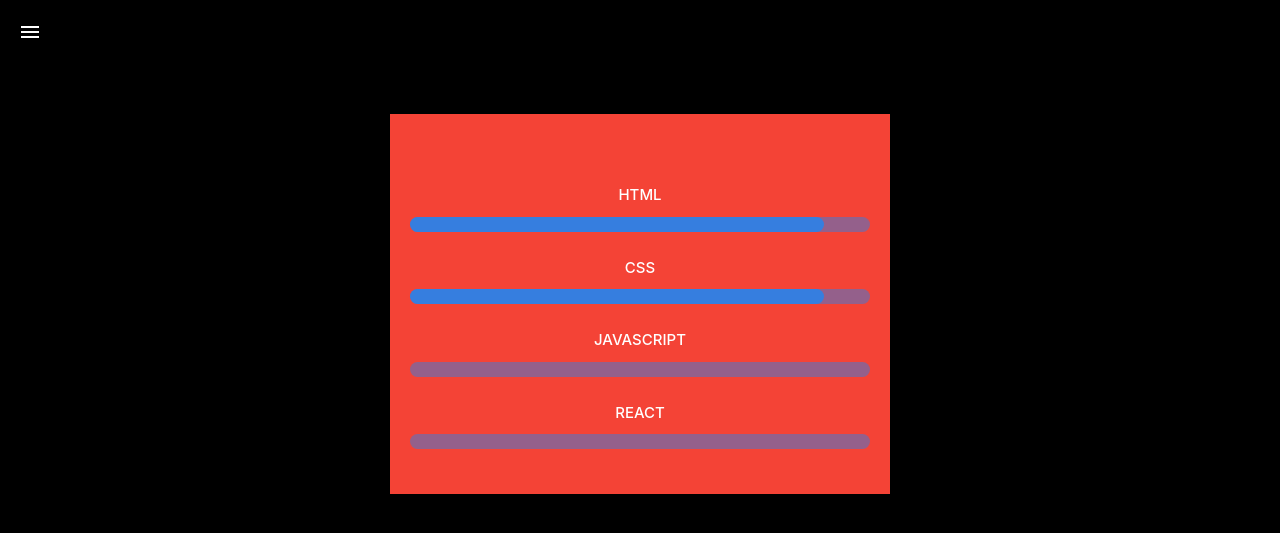
Repository: Ajtheult/portfolio.v3
Page: /skills
These files come from the project's save history. The page is drawn as it stood at one moment and after the next save; the edit follows.
The browser window is 1280 px wide. The pictures show the whole page.
Some web fonts or font styles are not loaded; a fallback is used. The project was rebuilt for these pictures with package versions that can differ from the ones it lists, and the page was loaded fresh each time. Also part of the build but not shown: src/components/layout/pages/Home.js, src/components/layout/pages/MyWork.js, src/components/layout/pages/Testimonials.js.

Above is the page before, as saved 2020-07-19 17:29:57.

After the next save:
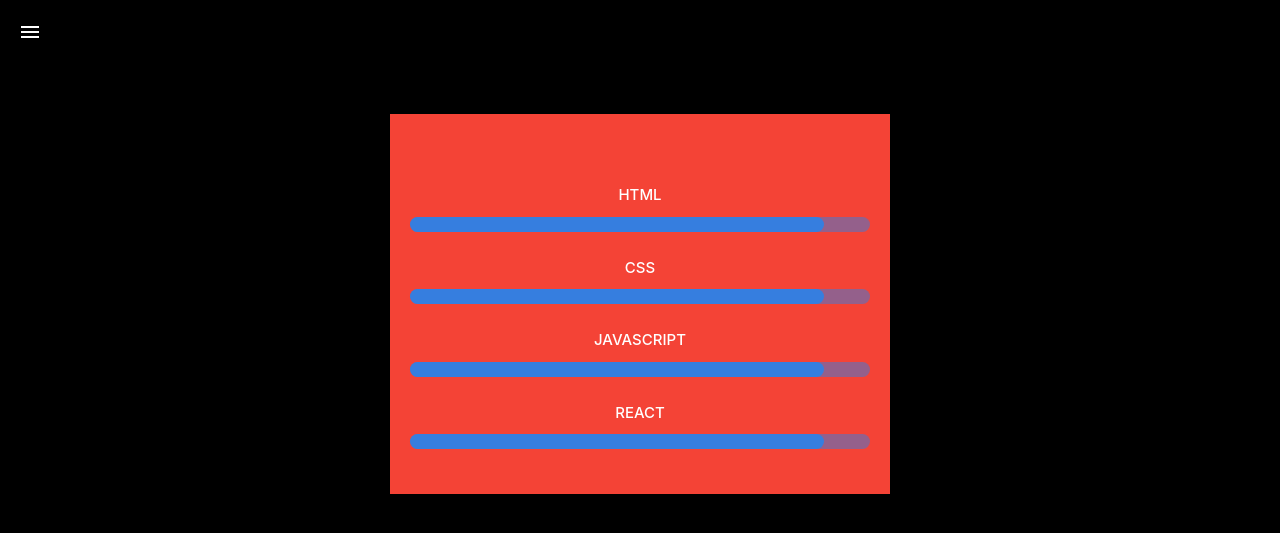
Saved 20 s later.
--- a/src/App.css
+++ b/src/App.css
@@ -272,12 +272,22 @@ div.admin-bg {
   }
 }
 
-.html:after {
-  animation-name: html;
-}
-
-@keyframes html {
-  to {
-    width: 90%;
-  }
-}
+.js:after {
+  animation-name: js;
+}
+
+@keyframes js {
+  to {
+    width: 90%;
+  }
+}
+
+.react:after {
+  animation-name: react;
+}
+
+@keyframes react {
+  to {
+    width: 90%;
+  }
+}
